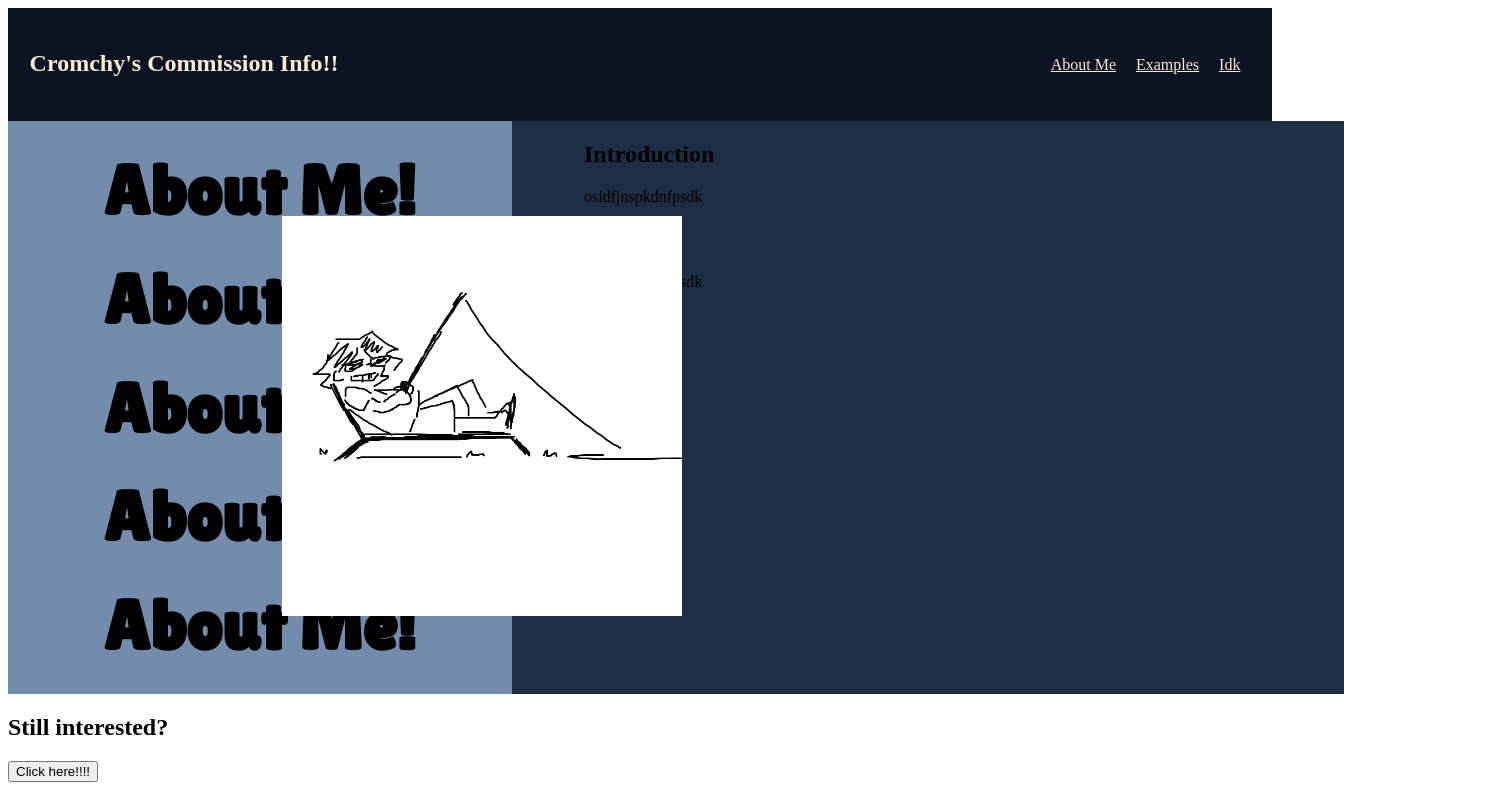
Repository: crackaLack1n/Cromchys_Commission_Site
Page: /
These files come from the project's save history. The page is drawn as it stood at one moment and after the next save; the edit follows.
The browser window is 1280 px wide. The page is 1344 px wide, then 1488 px, so the pictures cover 1488 px, including what lies to the right of the window. The pictures show the whole page.
The project was rebuilt for these pictures with package versions that can differ from the ones it lists, and the page was loaded fresh each time. The framework's server and built-in components were replaced by stand-ins that run in the browser. Also part of the build but not shown: next.config.mjs.

Above is the page before, as saved 2024-06-11 15:05:54.

After the next save:
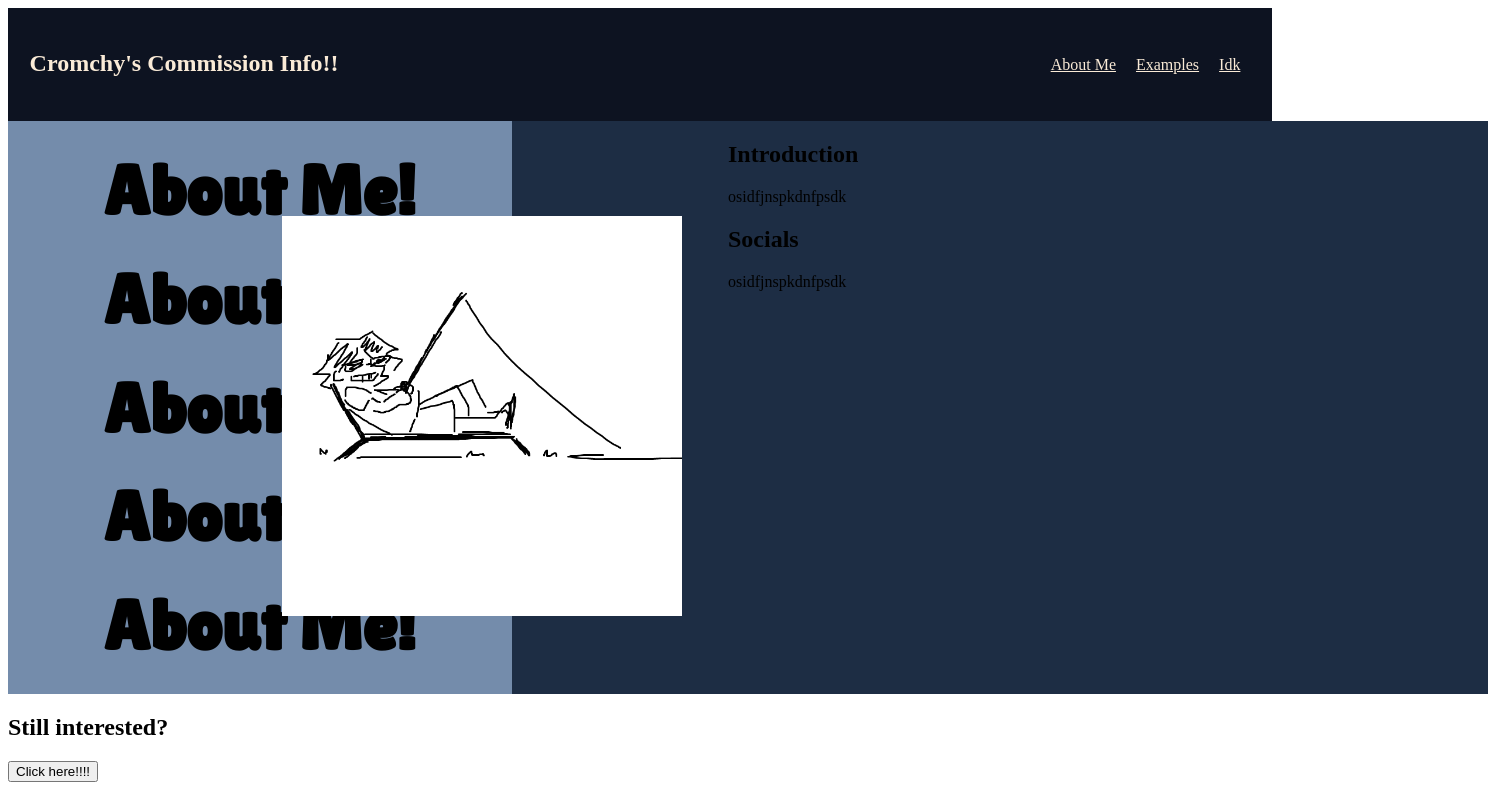
Saved 6 s later.
--- a/styles/Home.module.css
+++ b/styles/Home.module.css
@@ -25,7 +25,7 @@
 }
 .containerRight {
   display: flex;
-  padding-left: 10vh;
+  padding-left: 30vh;
   background-color: #1D2D44;
   width: 100%;
 }
